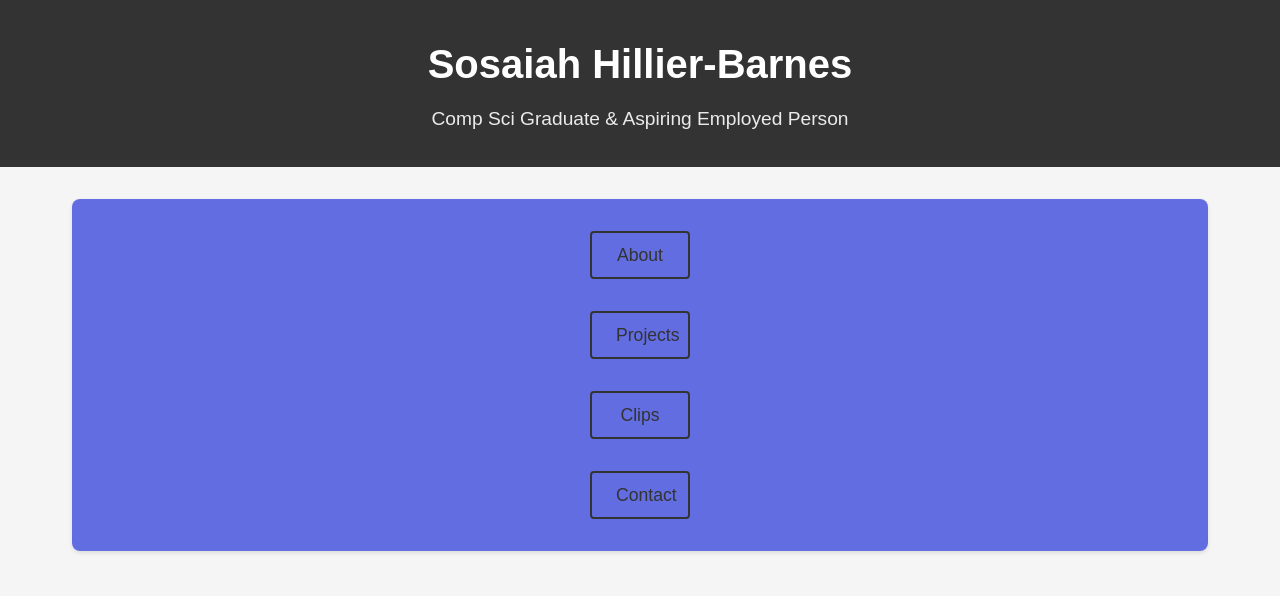
Repository: Hillier-Barnes/PortfolioWebsiteNew
Page: /
The author's editor kept a copy of each file at every save. The page is drawn from the files as they stood at one save, then again after a run of saves.
The browser window is 1280 px wide. The pictures show the whole page.
The project was rebuilt for these pictures with package versions that can differ from the ones it lists, and the page was loaded fresh each time. Also part of the build but not shown: vite.config.js.

Above is the page before, as saved 2025-11-12 14:39:08.

After the next 4 saves:
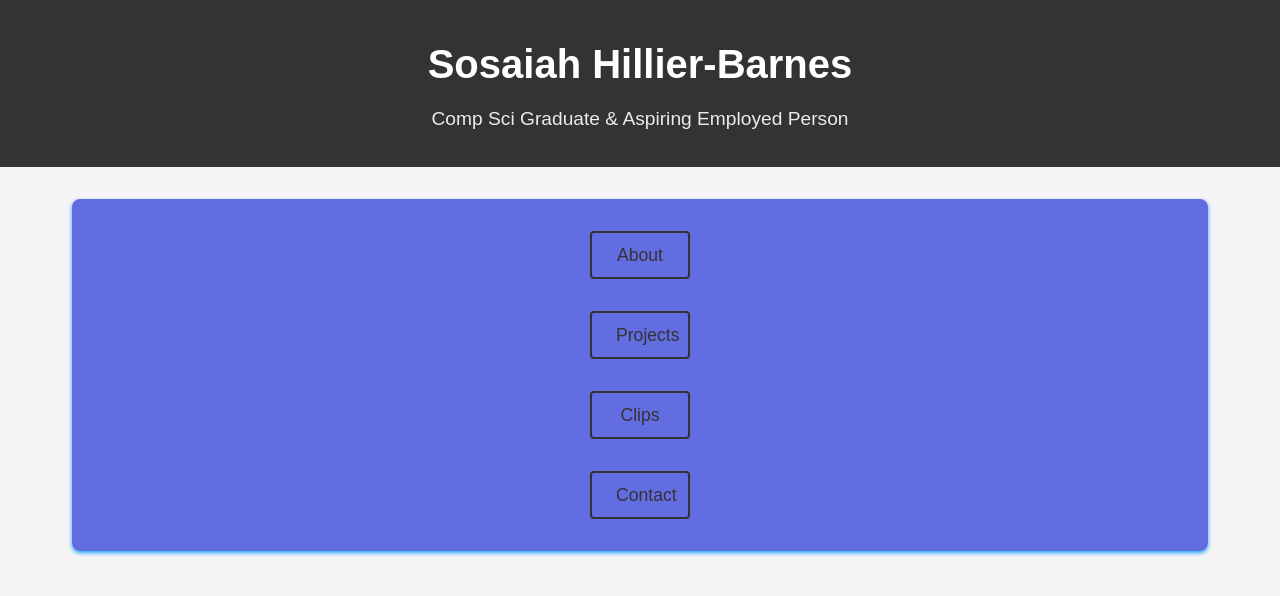
The 4 saves are shown as one change because they came seconds apart.
The last was saved 10 s later.
--- a/styles.css
+++ b/styles.css
@@ -46,7 +46,7 @@ nav {
   padding: 2rem;
   background-color: rgba(48, 62, 220, 0.74);
   border-radius: 8px;
-  box-shadow: 0 2px 4px rgba(0,0,0,0.1);
+  box-shadow: 0 2px 4px rgba(11, 161, 255, 0.936);
 }
 
 
